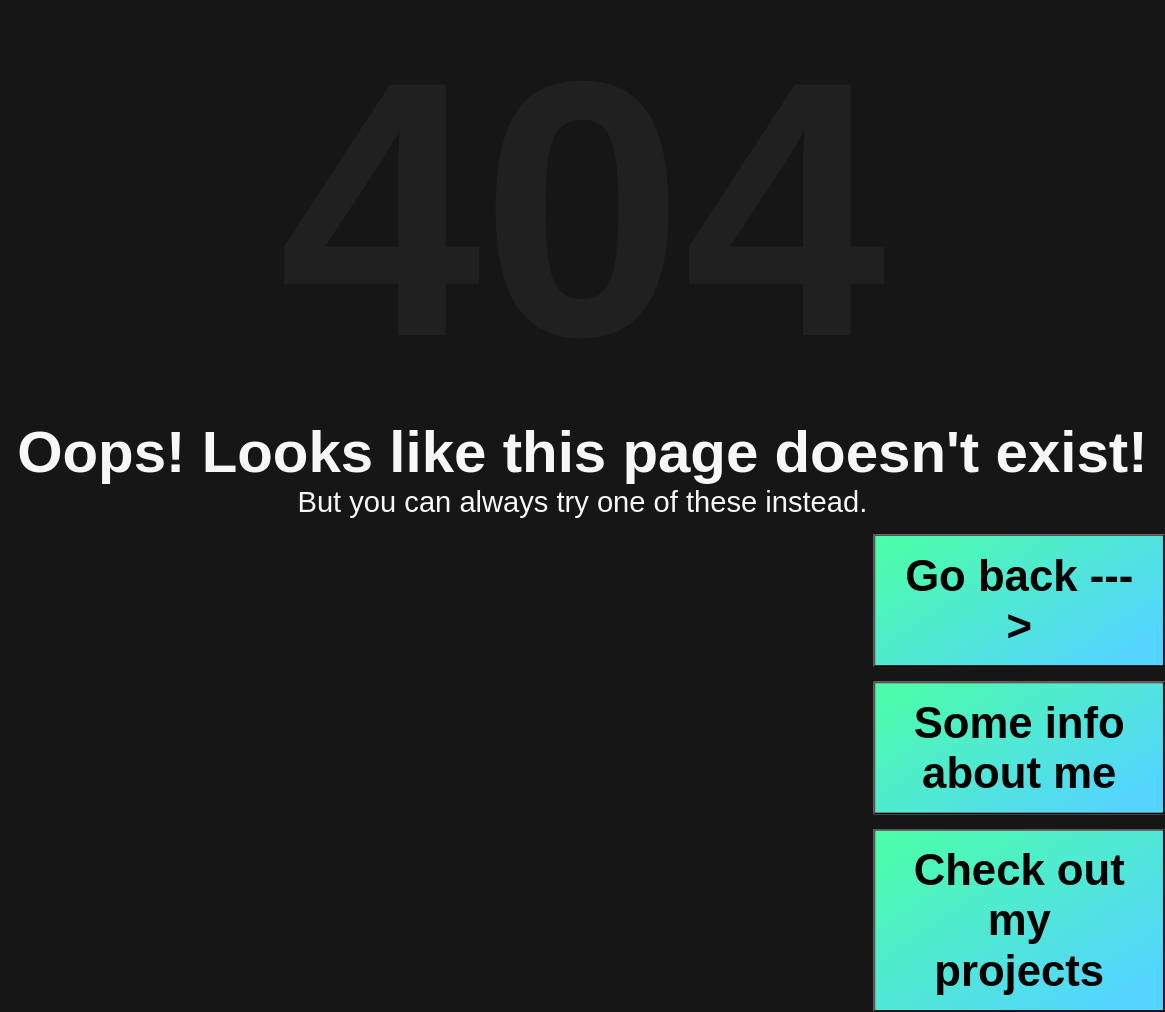
Repository: TeeJaysDev/Portfolio
Page: 404.html
The author's editor kept a copy of each file at every save. The page is drawn from the files as they stood at one save, then again after the next save.
The browser window is 1280 px wide. The pictures show the whole page, at 91% of full size.

Above is the page before, as saved 2021-08-26 21:58:24.

### 404.html
<!DOCTYPE html>
<html lang="en">
<head>
    <meta charset="UTF-8">
    <meta http-equiv="X-UA-Compatible" content="IE=edge">
    <meta name="viewport" content="width=device-width, initial-scale=1.0">
    <script type="text/javascript" src="script.js"></script>
    <link rel="stylesheet" href="404.css">
    <link rel="preconnect" href="https://fonts.gstatic.com">
    <link href="https://fonts.googleapis.com/css2?family=Raleway&display=swap" rel="stylesheet">
    <title>Tymon Jędryczka | Portfolio</title>
</head>
<body>
    <section class="error">
        <h2>
            404
        </h2>
        <h1>
            Oops! Looks like this page doesn't exist!
        </h1>
        <h3>
            But you can always try one of these instead.
        </h3>
        <button>
            <a href="https://teejay.dev" target="_blank" rel="noopener">Go back ---></a>
        </button>
        <button>
            <a href="https://teejay.dev/#about" target="_blank" rel="noopener">Some info about me</a>
        </button>
        <button>
            <a href="https://teejay.dev/#projects" target="_blank" rel="noopener">Check out my projects</a>
        </button>
    </section>
</body>
</html>

### 404.css
@import url('https://fonts.googleapis.com/css2?family=Raleway&display=swap');

* {
    margin: 0;
    padding: 0;
    box-sizing: border-box;
    font-family: sans-serif;
    text-decoration: none;
    list-style: none;
    z-index: 1;
}

body {
    background-color: #161616;
}

h1, h3 {
    display: flex;

    color: #F7F7F7;
    justify-content: center;
}

h1 {
    font-size: 4rem;
    font-weight: 700;
}

h3 {
    font-size: 2rem;
    font-weight: 400;
}

h2 {
    display: flex;
    justify-content: center;
    color: #202020;
    font-size: 25rem;
    z-index: 0;
}

button a {
    text-align: center;
    font-size: 3rem;
    color: #000000;
}

button {
    padding: 1rem 2rem 1rem 2rem;
    width: 20rem;
    font-weight: bold;
    text-align: center;
    margin-left: 60rem;
    margin-top: 1rem;
    background-image: linear-gradient(147deg, #4bffa5, #54d4ff 90%);
    color: #000000;
    cursor: pointer;
}

@media only screen
and (min-width: 320px)
and (max-width: 375px) {

    h1 {
        min-width: 17ch;
        text-align: right;
        margin-left: 1.5rem;
        margin-top: 4rem;
        font-size: 2rem;
    }

    h2 {
        margin-top: 7rem;
        margin-left: 0.5rem;
        font-size: 12rem;
    }

    button {
        margin-top: 5rem;
        margin-left: 0.3rem;
    }
}

@media only screen
and (min-width: 375px)
and (max-width: 425px) {

    h1 {
        min-width: 20ch;
        text-align: right;
        margin-left: 1rem;
        margin-top: 4rem;
        font-size: 2rem;
    }

    h2 {
        margin-top: 7rem;
        margin-left: 2rem;
        font-size: 12rem;
    }

    button {
        margin-top: 10rem;
        margin-left: 2rem;
    }
}

@media only screen
and (min-width: 425px)
and (max-width: 768px) {

    h1 {
        text-align: right;
        margin-left: 2rem;
        margin-top: 4rem;
        font-size: 2rem;
    }

    h2 {
        margin-top: 7rem;
        margin-left: 3rem;
        font-size: 12rem;
    }

    button {
        margin-top: 5rem;
        margin-left: 3rem;
    }
}

@media only screen
and (min-width: 768px)
and (max-width: 1024px) {

    h1 {
        text-align: right;
        margin-left: 2rem;
        margin-top: 4rem;
        font-size: 2rem;
    }

    h2 {
        margin-top: 3rem;
        margin-left: 3rem;
        font-size: 25rem;
    }

    button {
        margin-top: 3rem;
        margin-left: 15rem;
    }
}

Loaded but not shown: script.js (no stored copy; drawn as an empty file)

After the next save:
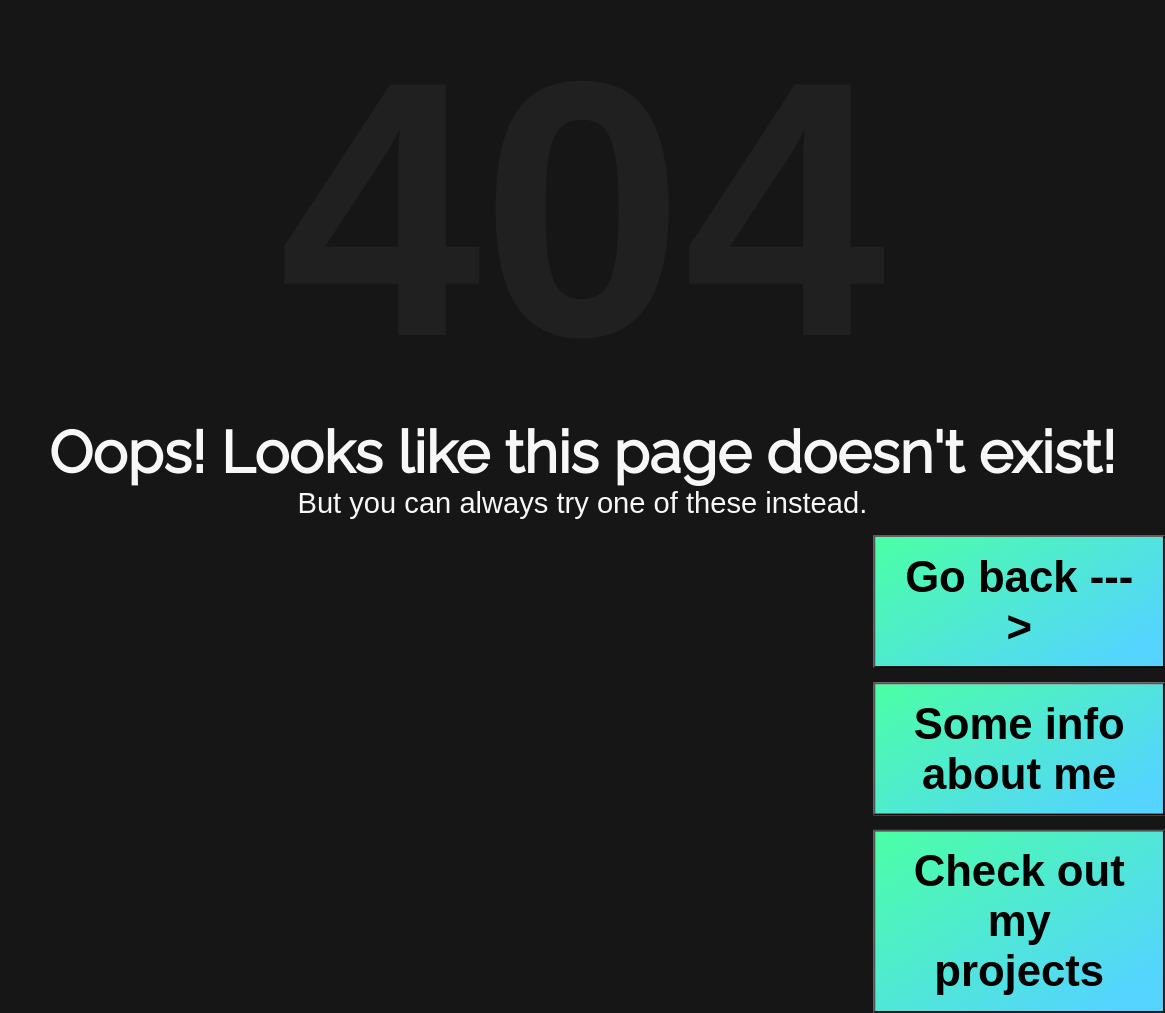
Saved 7 s later.
--- a/404.css
+++ b/404.css
@@ -22,6 +22,7 @@
 }
 
 h1 {
+    font-family: Raleway;
     font-size: 4rem;
     font-weight: 700;
 }

After the save that followed:
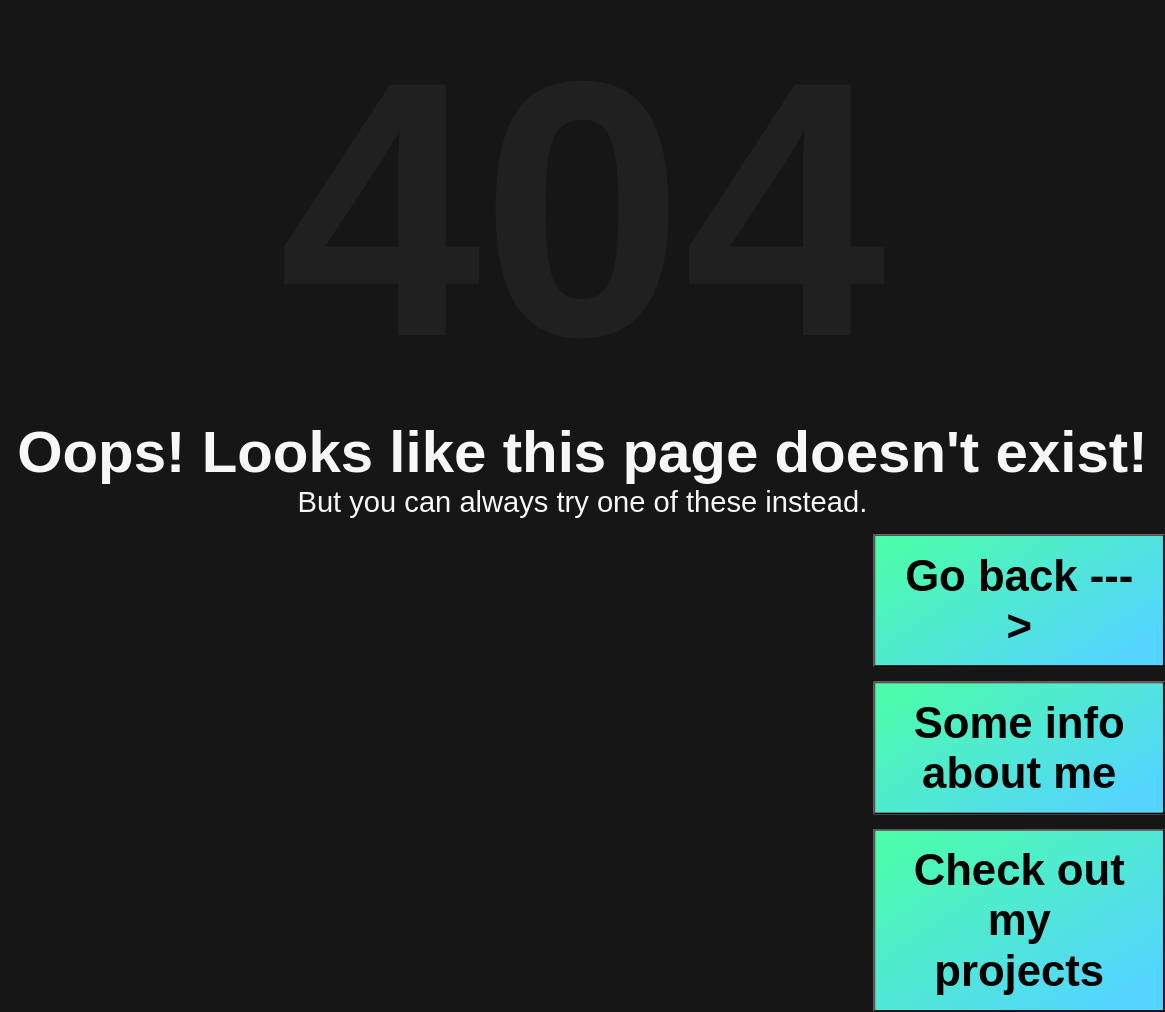
Saved 7 s later.
--- a/404.css
+++ b/404.css
@@ -16,13 +16,12 @@
 
 h1, h3 {
     display: flex;
-
+    font-family: Arial, Helvetica, sans-serif;
     color: #F7F7F7;
     justify-content: center;
 }
 
 h1 {
-    font-family: Raleway;
     font-size: 4rem;
     font-weight: 700;
 }
